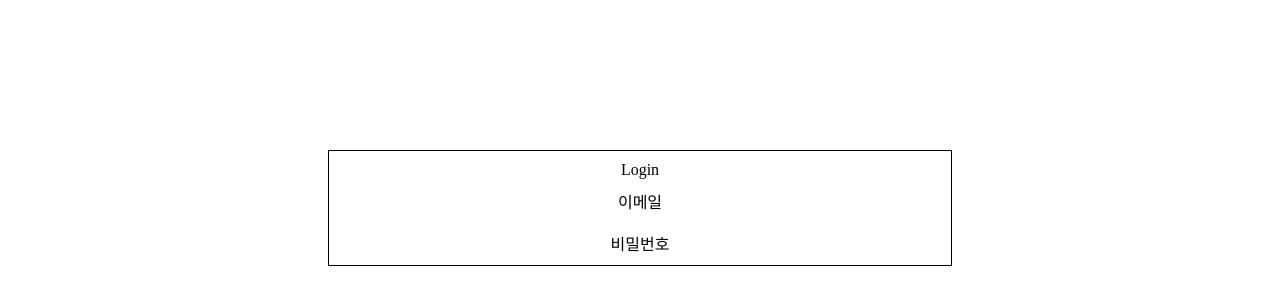
Repository: smandkd/Multicampus_Frontend
Page: http://localhost/Mulcam_Project/jsp/login.jsp
The author's editor kept a copy of each file at every save. The page is drawn from the files as they stood at one save, then again after the next save.
The browser window is 1280 px wide. The pictures show the whole page.
The page is served by Tomcat 9.

Above is the page before, as saved 2022-01-30 02:04:07.

After the next save:
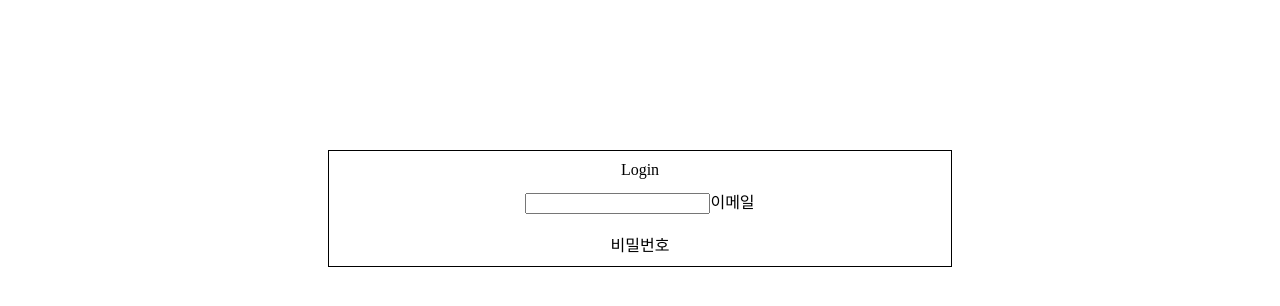
Saved 41 s later.
--- a/Mulcam_Project/jsp/login.jsp
+++ b/Mulcam_Project/jsp/login.jsp
@@ -27,11 +27,11 @@
 	Login
 	<div>
 		<div class="b">
-		<form type="text">이메일</form>
+		<input type="text">이메일</form>
 		</div>
 		<br/>
 		<div class="c">
-		<form type="text">비밀번호</form>
+		<inputtype="text">비밀번호</form>
 		</div>
 	</div>
 </div>
